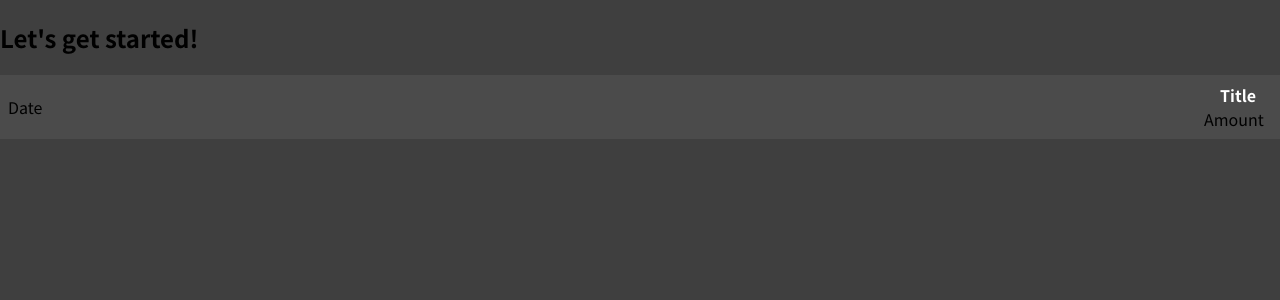
Repository: kowalkos/react-course-first
Page: /
The author's editor kept a copy of each file at every save. The page is drawn from the files as they stood at one save, then again after the next save.
The browser window is 1280 px wide. The pictures show the whole page.
The project was rebuilt for these pictures with package versions that can differ from the ones it lists, and the page was loaded fresh each time.

Above is the page before, as saved 2021-11-27 16:52:20.

After the next save:
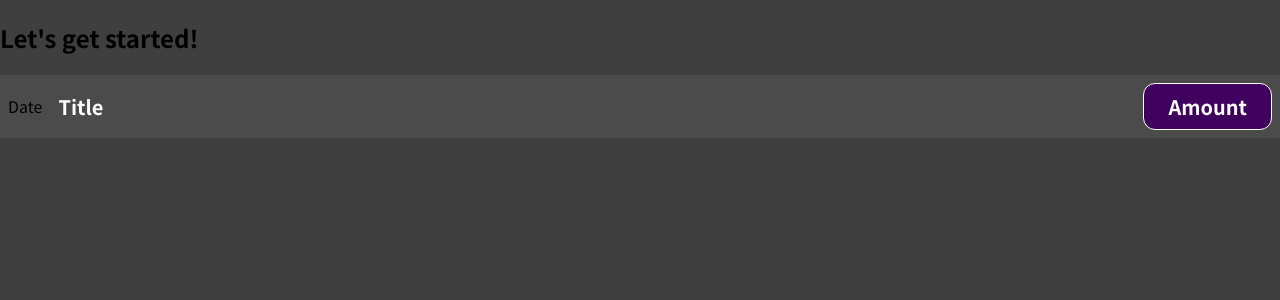
Saved 49 s later.
--- a/src/components/ExpenseItem.js
+++ b/src/components/ExpenseItem.js
@@ -3,9 +3,9 @@ function ExpenseItem() {
   return (
     <div className="expense-item">
       <div>Date</div>
-      <div>
+      <div className="expense-item__description">
         <h2>Title</h2>
-        <div>Amount</div>
+        <div className="expense-item__price">Amount</div>
       </div>
     </div>
   );
